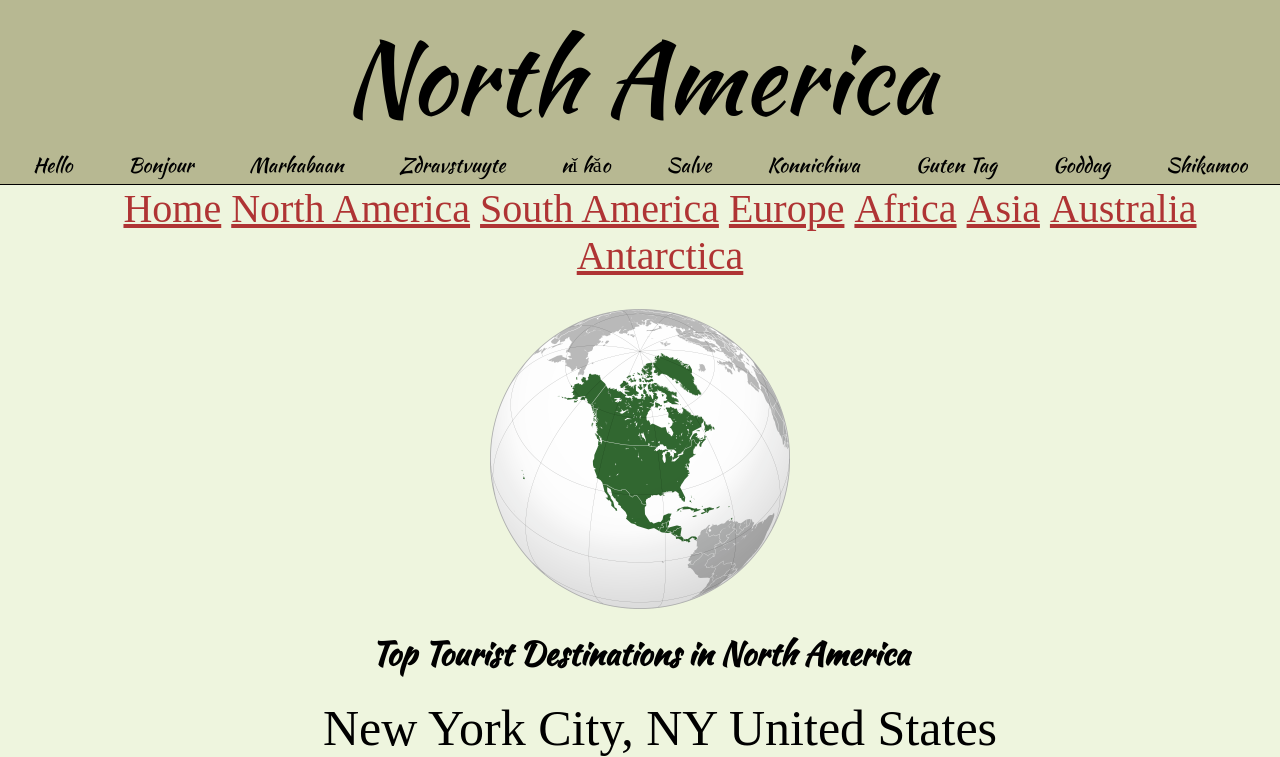
Repository: alharama/StaticWebsite
Page: na_page.html
An editor plug-in stored every save of this project. The page is shown before and after the next save, followed by the edit.
The browser window is 1280 px wide. The pictures show the part of the page from y = 0 to 757 px (the page is 4738 px tall before and 4754 px after).
Pictures or frames that could not be fetched are drawn as grey boxes.

Above is the page before, as saved 2021-10-07 20:24:27.

### na_page.html
<!DOCTYPE html>
<html lang="en">
<head>

    <link rel = "stylesheet" type="text/css" href="CSS/stylesheet.css">
    <link rel="icon" href="World.ico">

    <title> North America </title>

    <style>

        #na {
            display: block;
            margin-left: auto;
            margin-right: auto;
            margin-top: 30px;
            width: auto;
            height: 300px;

        }

        #survey {
            margin: 50px;
        }

        #result {
            padding-top: 5px;
            font-family: 'Kaushan Script';
        }

    </style>

    <script>
        function displayRadioValue() {
            var ele = document.getElementsByName('dest_option');

            for(i = 0; i < ele.length; i++) {
                if(ele[i].checked)
                document.getElementById("result").innerHTML
                         = "Destination: "+ele[i].value;
            }
        }
    </script>

</head>

<body>
    <header>
        North America


        <div id="languages">
            <div>Hello</div>
            <div>Bonjour</div>
            <div>Marhabaan</div>
            <div>Zdravstvuyte</div>
            <div>nǐ hǎo</div>
            <div>Salve</div>
            <div>Konnichiwa</div>
            <div>Guten Tag</div>
            <div>Goddag</div>
            <div>Shikamoo</div>
        </div>

    </header>


        <nav class="top_nav">
            <ul id="top_nav">
                <li><a href="/index.html">Home</a></li>
                <li><a href="/na_page.html">North America</a></li>
                <li><a href="/sa_page.html">South America</a></li>
                <li><a href="/eu_page.html">Europe</a></li>
                <li><a href="/af_page.html">Africa</a></li>
                <li><a href="/as_page.html">Asia</a></li>
                <li><a href="/au_page.html">Australia</a></li>
                <li><a href="/ant_page.html">Antarctica</a></li>
            </ul>
        </nav>

        <img id="na" src="images/NorthAmerica.png" alt="North america">


        <h1> Top Tourist Destinations in North America</h1>


        <ul class = "tourist_spots">
            <li> New York City, NY United States</li>

            <li><img class="dest" src="images/NY.jpeg" alt="NY"></li>
            <li> Los Angeles, CA United States</li>
            <li><img class = "dest" src="images/LA.jpeg" alt="LA"> </li>
            <li> Miami, FL United States</li>
            <li><img class = "dest" src="images/MIA.jpeg" alt = "MIA"></li>
            <li> Toronto, Canada</li>
            <li><img class = "dest" src="images/TOR.jpeg" alt="TOR"> </li>
            <li> Cancun, Mexico</li>
            <li><img class="dest" src="images/Cancun.jpeg" alt="Cancun"> </li>
        </ul>


            <div class = "extra_destinations">
                <div id="other_dest_header"> Other Popular Tourist Destinations</div>
                    <ol>
                        <li> Las Vegas, NV United States</li>
                        <li> Vancouver, Canada</li>
                        <li> San Francisco, CA United States</li>
                        <li> Washington DC, United States</li>
                        <li> Punta Cana, Domincan Republic</li>
                    </ol>
            </div>





        <div id="survey">

            Which destination would you like to travel to?
            <form>

                <input type="radio" name="dest_option" value="New York City">New York City<br>
                <input type="radio" name="dest_option" value="Los Angeles">Los Angeles<br>
                <input type="radio" name="dest_option" value="Miami">Miami<br>
                <input type="radio" name="dest_option" value="Toronto">Toronto<br>
                <input type="radio" name="dest_option" value="Cancun">Cancun<br>
                <input type="radio" name="dest_option" value="Las Vegas">Las Vegas<br>
                <input type="radio" name="dest_option" value="Vancouver">Vancouver<br>
                <button type="button" onclick="displayRadioValue()">
                    Submit
                </button>

                <div id="result"></div>

            </form>

        </div>



        <footer>

            References:
                <ol>
                    <li><a href="https://www.travelandleisure.com/travel-guide/new-york-city">https://www.travelandleisure.com/travel-guide/new-york-city</a></li>
                    <li><a href="https://en.wikipedia.org/wiki/Los_Angeles_County,_California">https://en.wikipedia.org/wiki/Los_Angeles_County,_California</a></li>
                    <li><a href="https://www.planetware.com/florida/best-time-to-visit-miami-fl-us-fl-442.htm">https://www.planetware.com/florida/best-time-to-visit-miami-fl-us-fl-442.htm</a></li>
                    <li><a href="https://www.flytap.com/en-us/destinations/canada/toronto">https://www.flytap.com/en-us/destinations/canada/toronto</a></li>
                    <li><a href="https://www.worldatlas.com/cities/cancun.html">https://www.worldatlas.com/cities/cancun.html</a></li>
                </ol>
        </footer>



</body>


</html>

### CSS/stylesheet.css

 @import url('https://fonts.googleapis.com/css2?family=Kaushan+Script&display=swap');



 header {
    text-align: center;
    padding: 5px;
    font-family: 'Kaushan Script', cursive;
    font-size: 100px;
    border-bottom: 1px solid;
    background-color: rgb(183, 184, 146);

}

#container {
    min-height:100%;
    position:relative;
}

body{
    background: rgb(238, 245, 222);
    margin: 0px;
    padding-bottom: 100px;
}

.top_nav {
    width: 100%;
    font-size: 40px;
    text-align: center;
    color: red;

}

.top_nav ul {
    margin: 0px;
    color: blue;
}

.top_nav li {
    display: inline-block;

}

.top_nav a {
    text-decoration:underline;
    color: rgb(175, 52, 52);

}

.top_nav a:hover {
    background-color: lightgray;
}


#languages{

    display: flex;
    font-size: 20px;
    justify-content:space-around;
}



 h1 {
    text-align: center;
    font-family: 'Kaushan Script', cursive;
}

.tourist_spots {
    text-align: center;
}
.tourist_spots li {
    list-style: none;
    text-align: center;
    font-size: 50px;

}


.dest {
    width: 600px;
    height: 500px;
    padding: 50px;
}

#other_dest_header {
    padding-left: 20px;
    font-size: 50px;
}
.extra_destinations li{
    padding-left: 20px;
    font-size: 20px;
}

#survey {
    margin: 50px;
}

footer {
    position: relative;
    bottom: 0;
    width: 100%;
    height: 100px;
    background-color: rgb(183, 184, 146);
    color: white;
    text-align: center;
}

After the next save:
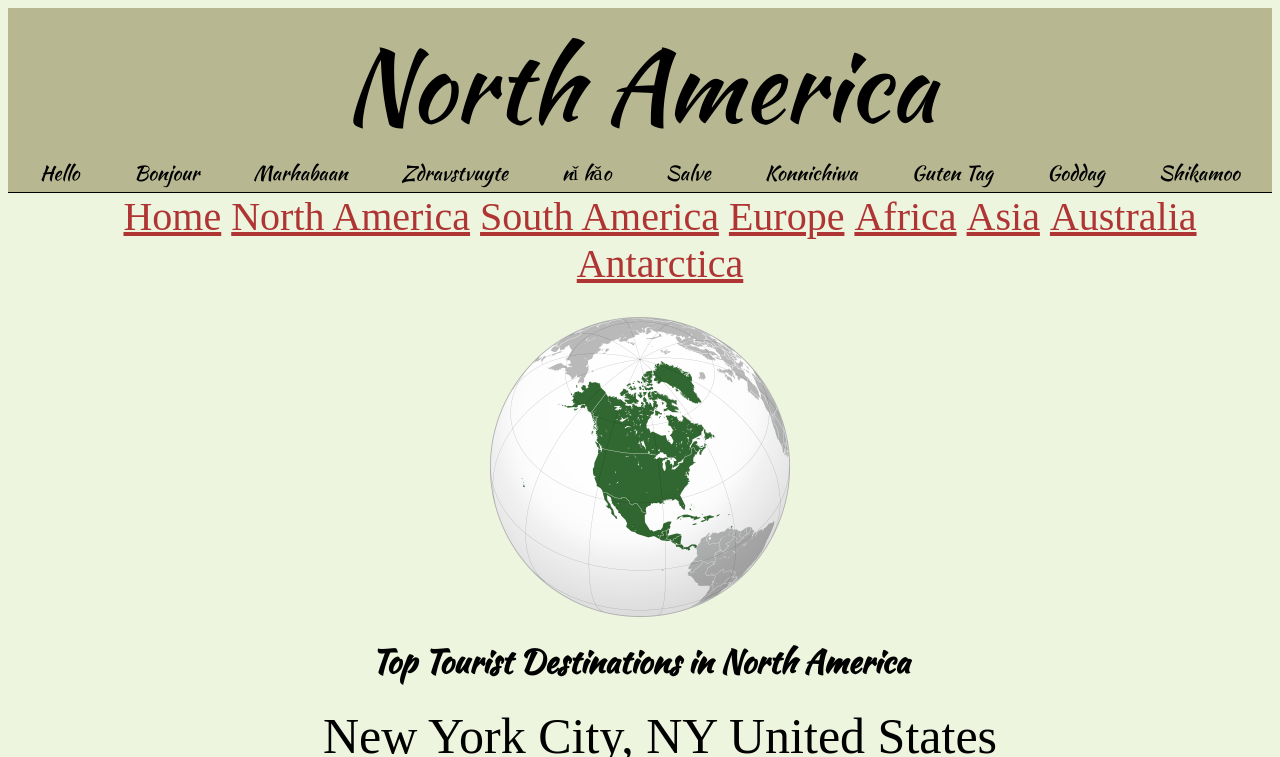
Saved 56 s later.
--- a/CSS/stylesheet.css
+++ b/CSS/stylesheet.css
@@ -20,7 +20,7 @@
 
 body{
     background: rgb(238, 245, 222);
-    margin: 0px;
+
     padding-bottom: 100px;
 }
 

After the save that followed:
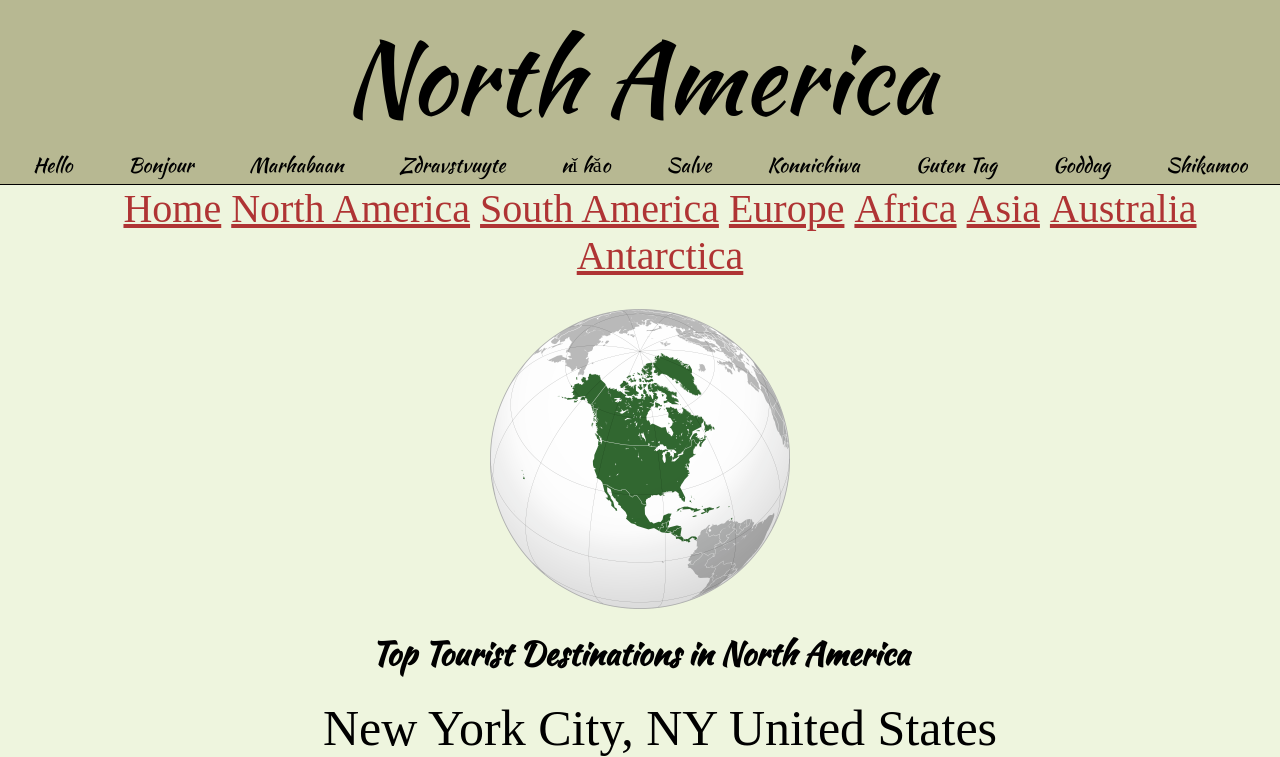
Saved 5 s later.
--- a/CSS/stylesheet.css
+++ b/CSS/stylesheet.css
@@ -20,7 +20,7 @@
 
 body{
     background: rgb(238, 245, 222);
-
+    margin: 0px;
     padding-bottom: 100px;
 }
 
